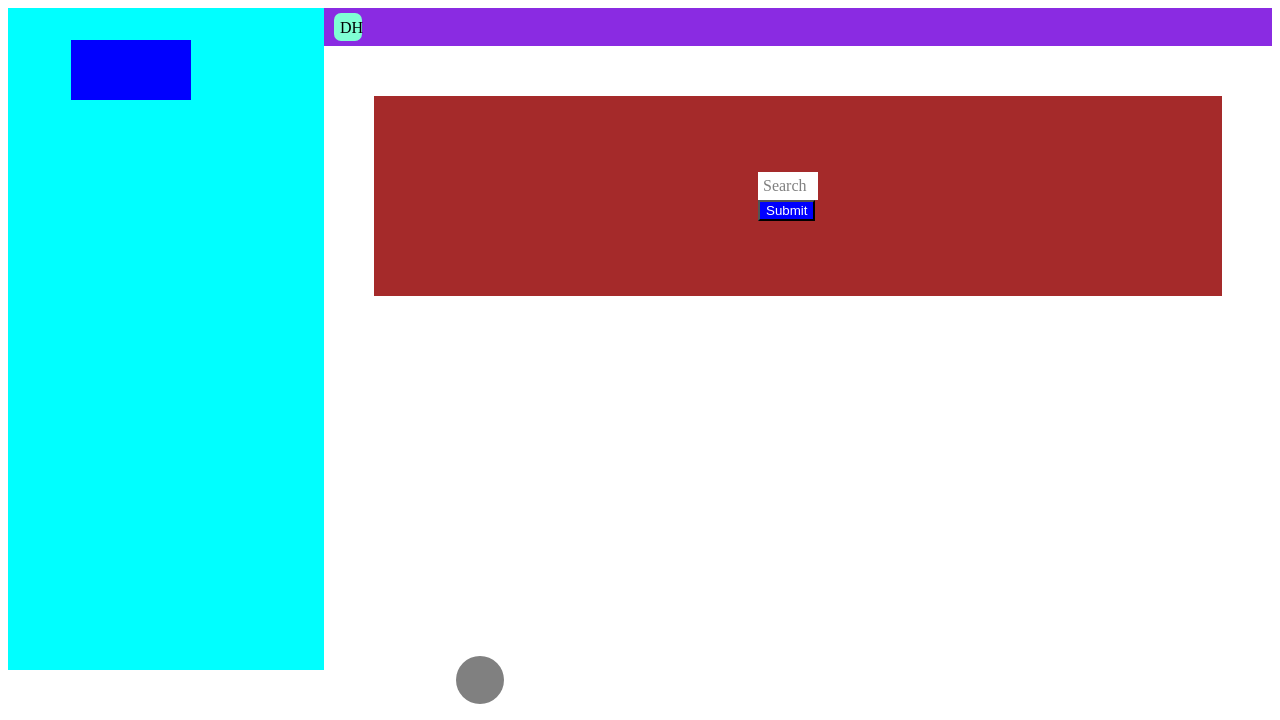
Repository: tr2cky/barrage
Page: index.html
These files come from the project's save history. The page is drawn as it stood at one moment and after a run of saves; the edit follows.
The browser window is 1280 px wide. The pictures show the whole page.

Above is the page before, as saved 2022-10-03 13:57:31.

After the next 2 saves:
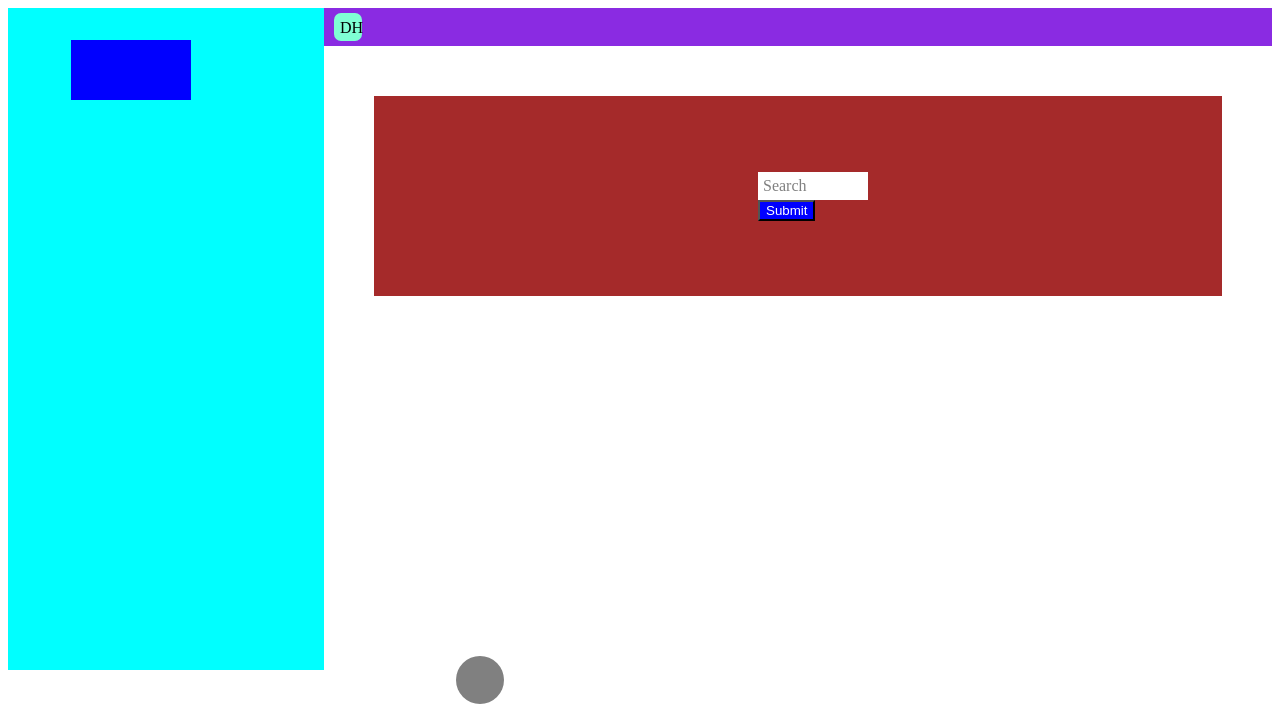
The 2 saves are shown as one change because they came seconds apart.
The last was saved 5 s later.
--- a/style.css
+++ b/style.css
@@ -40,7 +40,7 @@ main article {
 .search {
     background-color: white;
     color: gray;
-    width: 50px;
+    width: 100px;
     margin-left: 30vw;
     padding: 5px;
 
